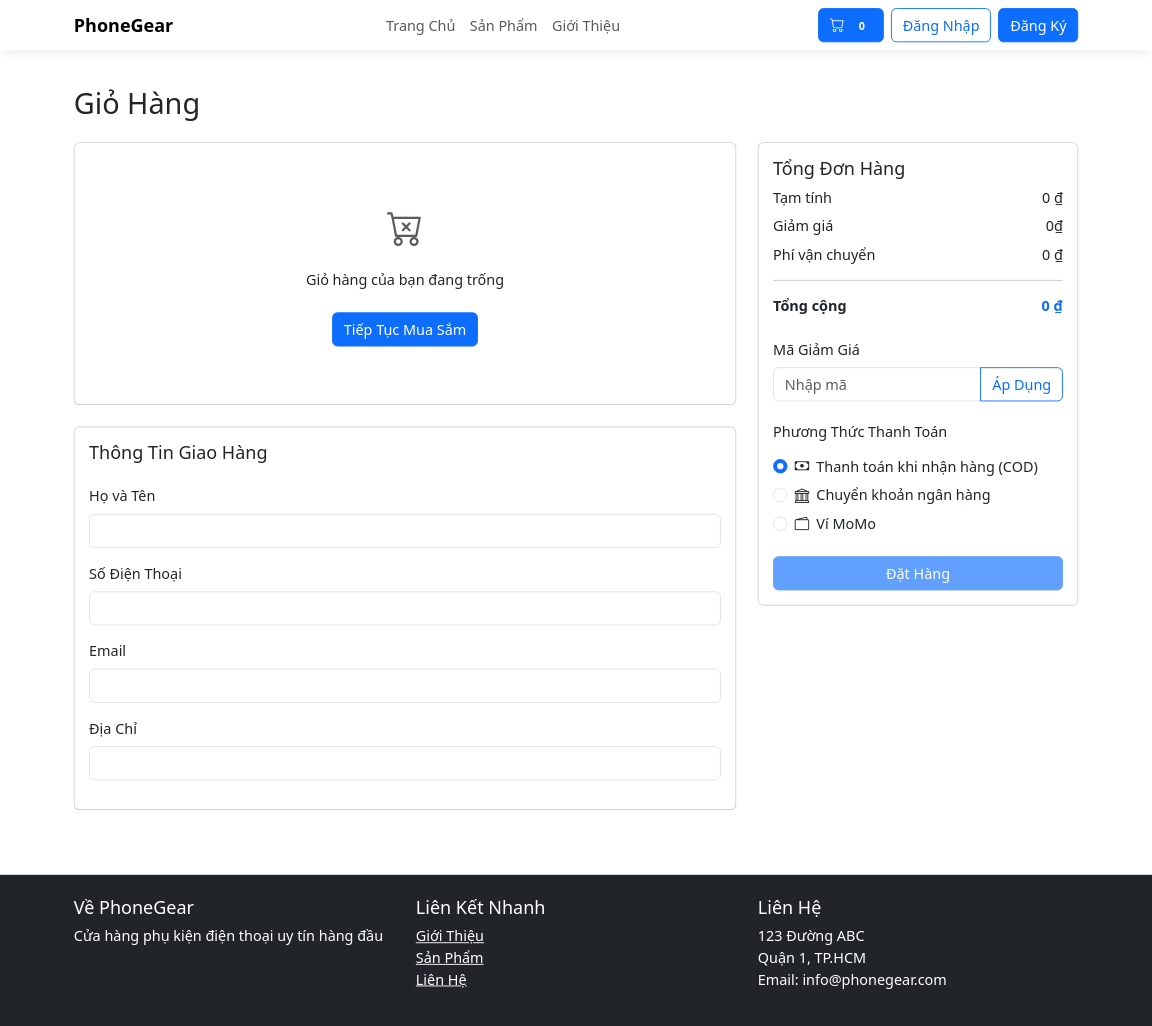
Repository: duyzo/14_23719461_VoNguyenBaoDuy
Page: html/cart.html
An editor plug-in stored every save of this project. The page is shown before and after the next save, followed by the edit.
The browser window is 1280 px wide. The pictures show the whole page, at 90% of full size.
Some icons come from a web library that is not loaded, so they are not drawn. Some web libraries are served in a nearby version.

Above is the page before, as saved 2025-04-22 15:48:37.

After the next save:
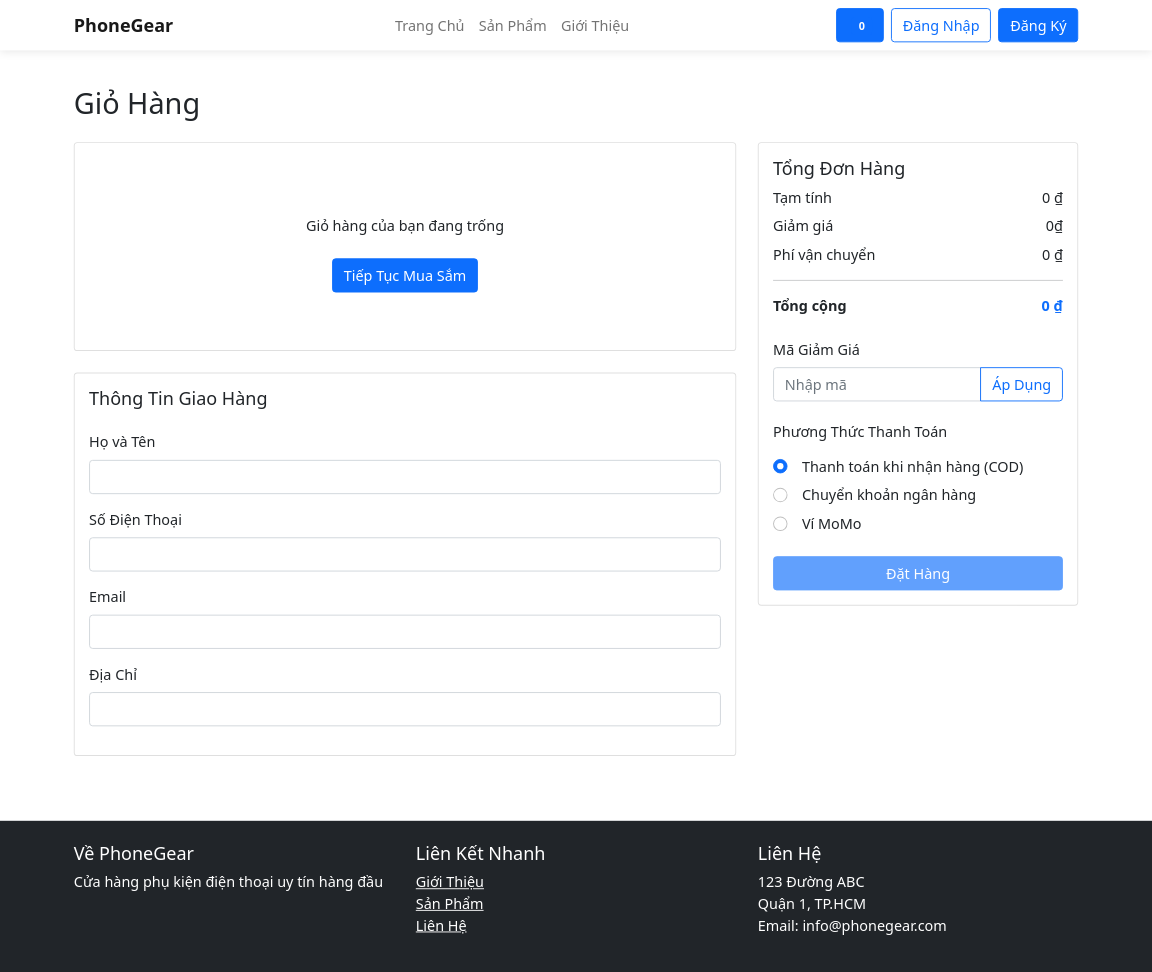
Saved 7 min 22 s later.
--- a/html/cart.html
+++ b/html/cart.html
@@ -4,8 +4,8 @@
     <meta charset="UTF-8">
     <meta name="viewport" content="width=device-width, initial-scale=1.0">
     <title>Giỏ Hàng - PhoneGear</title>
-    <link href="https://cdn.jsdelivr.net/npm/bootstrap@5.3.0/dist/css/bootstrap.min.css" rel="stylesheet">
-    <link rel="stylesheet" href="https://cdn.jsdelivr.net/npm/bootstrap-icons@1.7.2/font/bootstrap-icons.css">
+    <link href="../css/bootstrap.min.css" rel="stylesheet">
+    <link href="../css/bootstrap-icons.css" rel="stylesheet">
     <link rel="stylesheet" href="../css/styles.css">
 </head>
 <body>
@@ -176,7 +176,7 @@
         </div>
     </footer>
 
-    <script src="https://cdn.jsdelivr.net/npm/bootstrap@5.3.0/dist/js/bootstrap.bundle.min.js"></script>
+    <script src="../js/bootstrap.min.js"></script>
     <script src="../js/main.js" type="module"></script>
 </body>
 </html>
